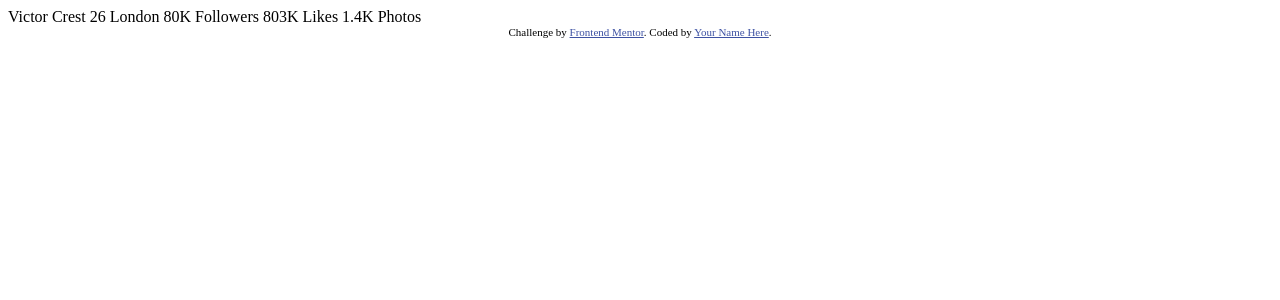
Repository: Tabinka/ProfileCardComponent
Page: index.html
The author's editor kept a copy of each file at every save. The page is drawn from the files as they stood at one save, then again after the next save.
The browser window is 1280 px wide. The pictures show the whole page.

Above is the page before, as saved 2021-03-09 23:19:21.

### index.html
<!DOCTYPE html>
<html lang="en">
<head>
  <meta charset="UTF-8">
  <meta name="viewport" content="width=device-width, initial-scale=1.0"> <!-- displays site properly based on user's device -->

  <link rel="icon" type="image/png" sizes="32x32" href="./images/favicon-32x32.png">

  <title>Frontend Mentor | Profile card component</title>

  <!-- Feel free to remove these styles or customise in your own stylesheet 👍 -->
  <style>
    .attribution { font-size: 11px; text-align: center; }
    .attribution a { color: hsl(228, 45%, 44%); }
  </style>
</head>
<body>
  Victor Crest
  26
  London

  80K
  Followers

  803K
  Likes

  1.4K
  Photos
  <div class="attribution">
    Challenge by <a href="https://www.frontendmentor.io?ref=challenge" target="_blank">Frontend Mentor</a>.
    Coded by <a href="#">Your Name Here</a>.
  </div>
</body>
</html>

After the next save:
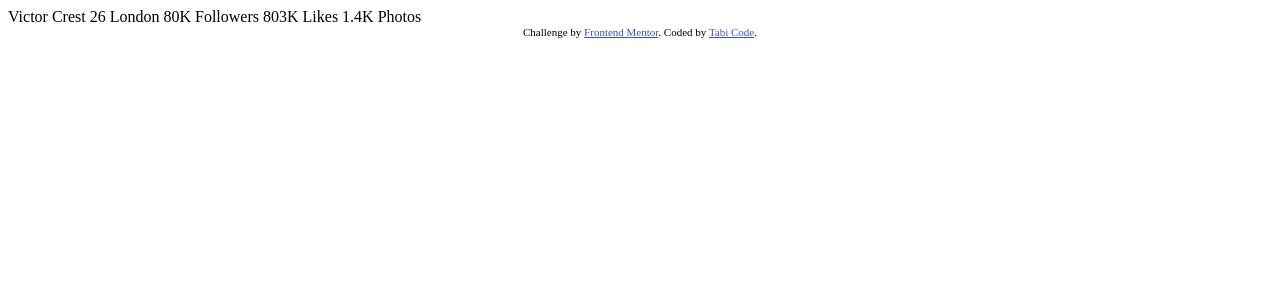
Saved 95 days later.
--- a/index.html
+++ b/index.html
@@ -29,7 +29,7 @@
   Photos
   <div class="attribution">
     Challenge by <a href="https://www.frontendmentor.io?ref=challenge" target="_blank">Frontend Mentor</a>.
-    Coded by <a href="#">Your Name Here</a>.
+    Coded by <a href="#">Tabi Code</a>.
   </div>
 </body>
 </html>
